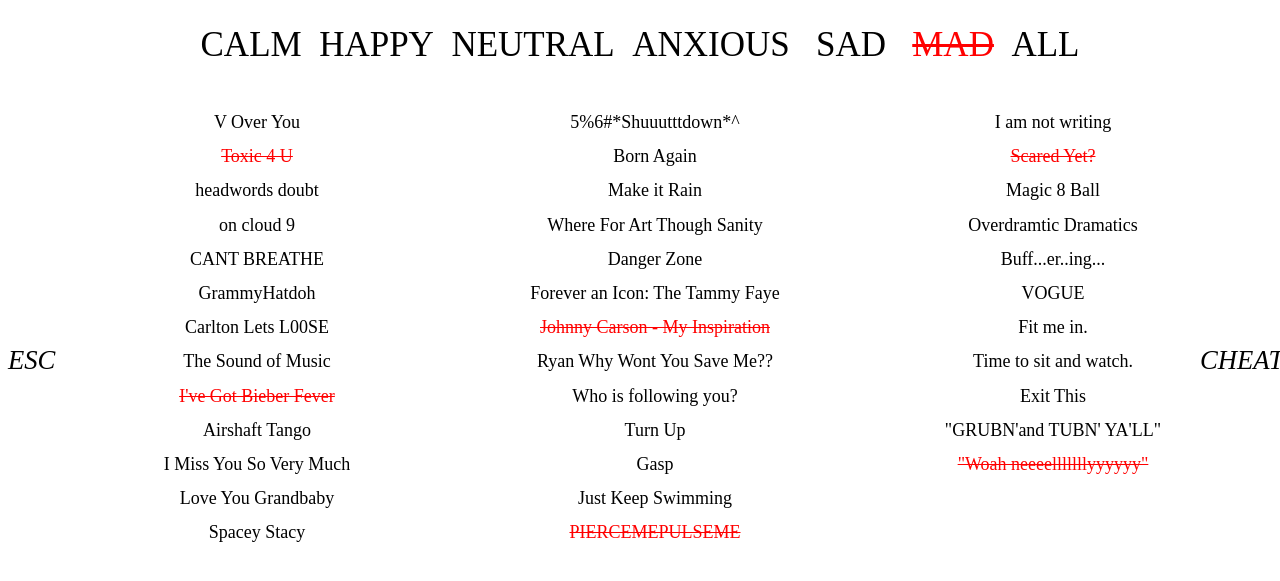
Repository: bradk647/bradk647.github.io
Page: cheat/madcheat.html
The author's editor kept a record of every edit. The page is drawn from the files as they stood at one moment, then again after the next edit.
The browser window is 1280 px wide. The pictures show the whole page.

Above is the page before.

After the next edit:
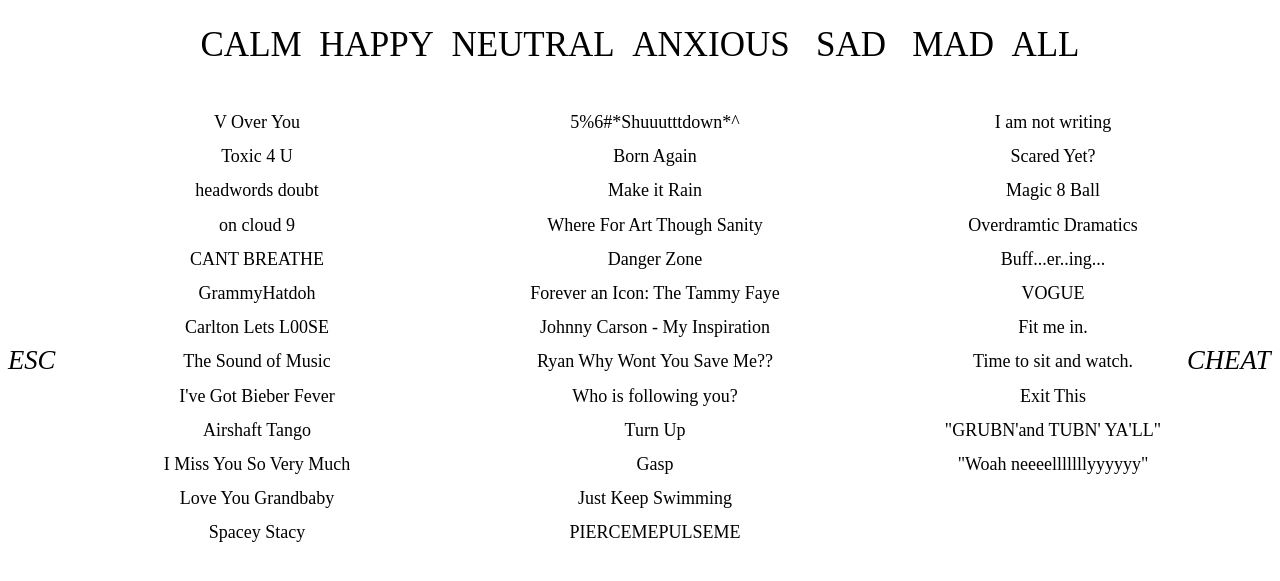
The edit:
--- a/cheat/madcheat.css
+++ b/cheat/madcheat.css
@@ -38,7 +38,7 @@
             position: fixed;
             top: 50%;
             /*left:990px;*/
-            left: 97%;
+            left: 96%;
             /*margin-right: -100%;*/
             transform: translate(-50%, -50%)
             }
@@ -63,7 +63,7 @@
 
 
 
-            #red {
+            #red:hover {
                 color: red;
                 text-decoration: line-through;
             }
